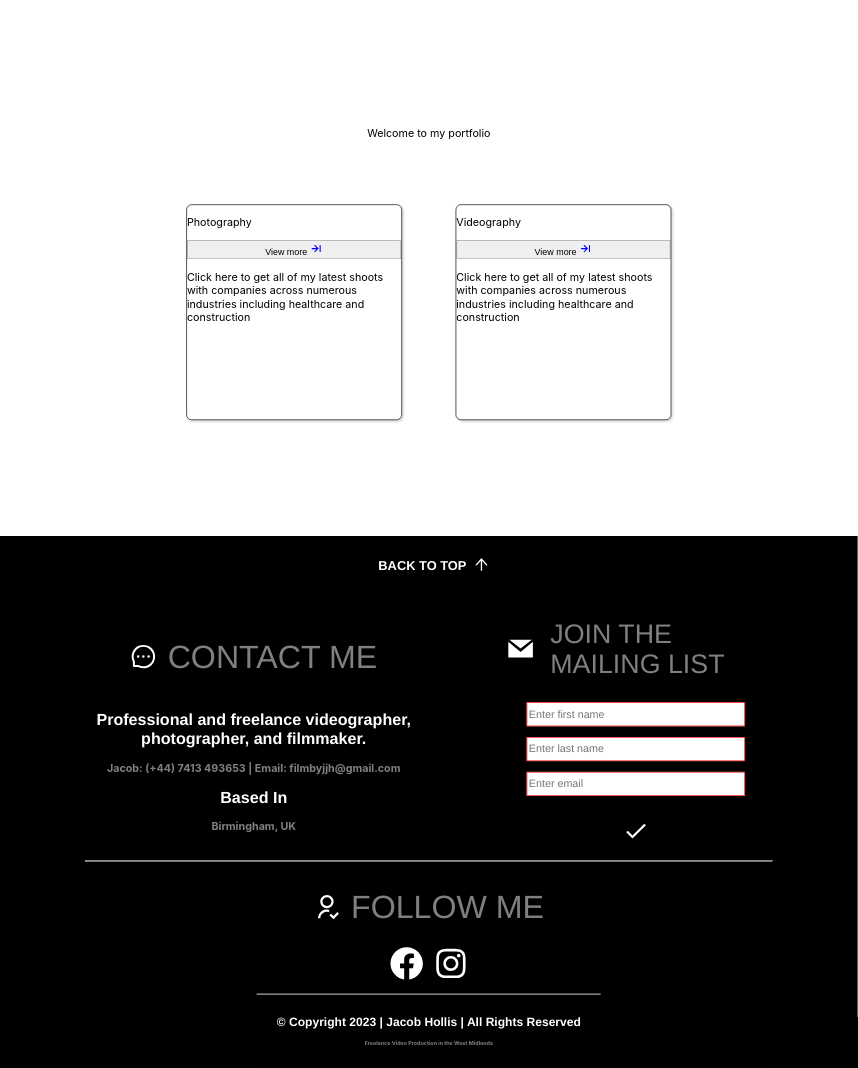
Repository: ThomasMTurner/filmbyjjh-portfolio
Page: /portfolio (app in client/)
An editor plug-in stored every save of this project. The page is shown before and after the next save, followed by the edit.
The browser window is 1280 px wide. The pictures show the whole page, at 67% of full size.
The project was rebuilt for these pictures with package versions that can differ from the ones it lists, and the page was loaded fresh each time. Also part of the build but not shown: client/vite.config.js, client/src/pages/Components/TagComponents.jsx, client/src/pages/Components/Post.jsx, client/src/pages/Components/SearchBar.jsx, client/src/pages/Updates.jsx, client/src/pages/Contact.jsx, client/src/pages/Components/InitialLogin.jsx, client/src/pages/Home.jsx and 2 more. Imported but missing from the stored project, and not drawn on this page: client/src/pages/Components/Videos/header.mp4, client/src/pages/Components/Videos/portfolio-reel.mp4.

Above is the page before, as saved 2023-10-20 12:47:05.

After the next save:
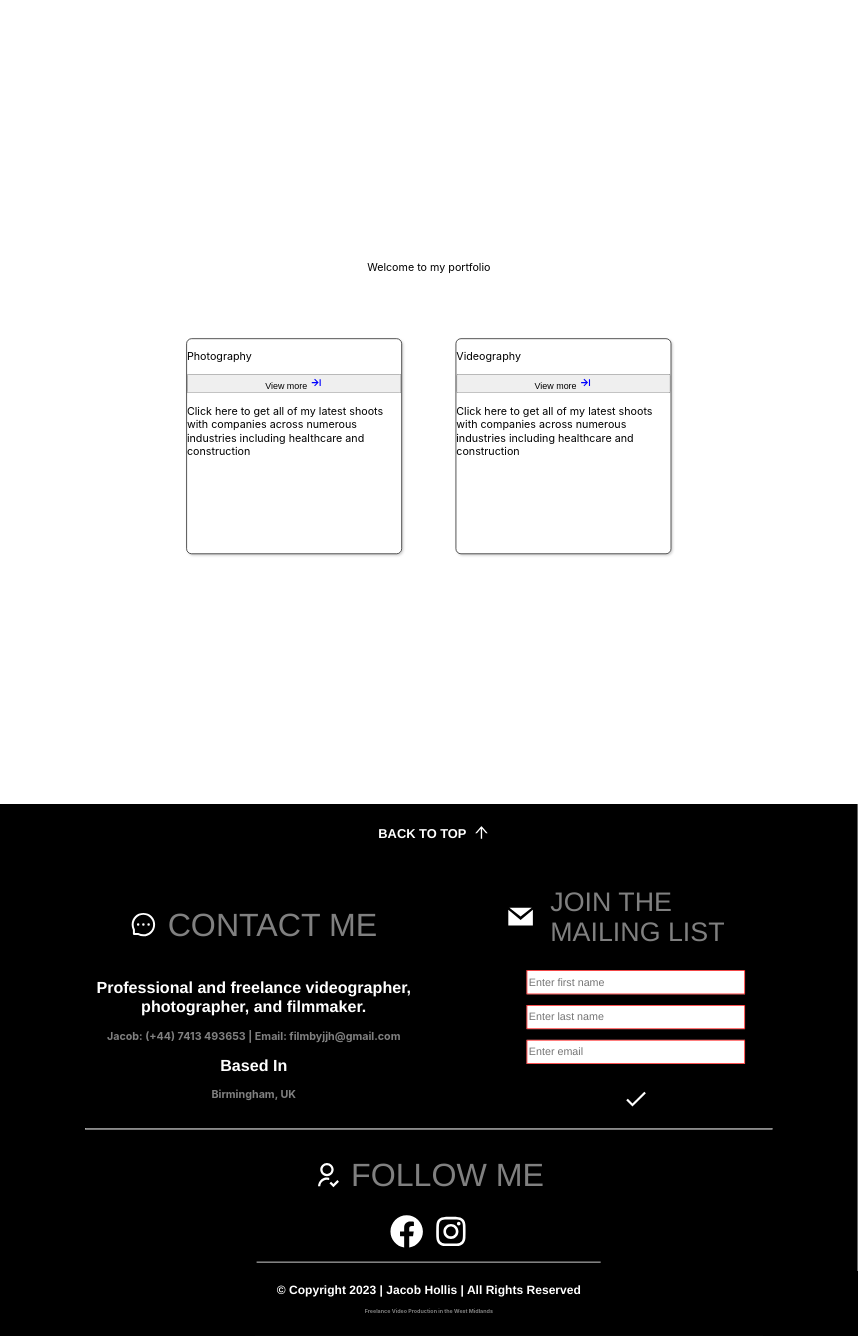
Saved 7 s later.
--- a/client/src/pages/Portfolio.jsx
+++ b/client/src/pages/Portfolio.jsx
@@ -13,7 +13,7 @@ const PortfolioCard = (props) => {
 }
 export default function Portfolio() {
     return(
-        <div style={{display:'flex', flexDirection:'column', justifyContent:'center', alignItems:'center', width:'100%', gap:'5rem', minHeight:'50rem'}}>
+        <div style={{display:'flex', flexDirection:'column', justifyContent:'center', alignItems:'center', width:'100%', gap:'5rem', minHeight:'75rem'}}>
             <p>Welcome to my portfolio</p>
             <div style={{display:'flex', flexDirection:'row', justifyContent:'center', alignItems:'center', width:'100%', gap:'5rem'}}>
                 <PortfolioCard title="Photography" desc="Click here to get all of my latest shoots with companies across numerous industries including healthcare and construction" />
